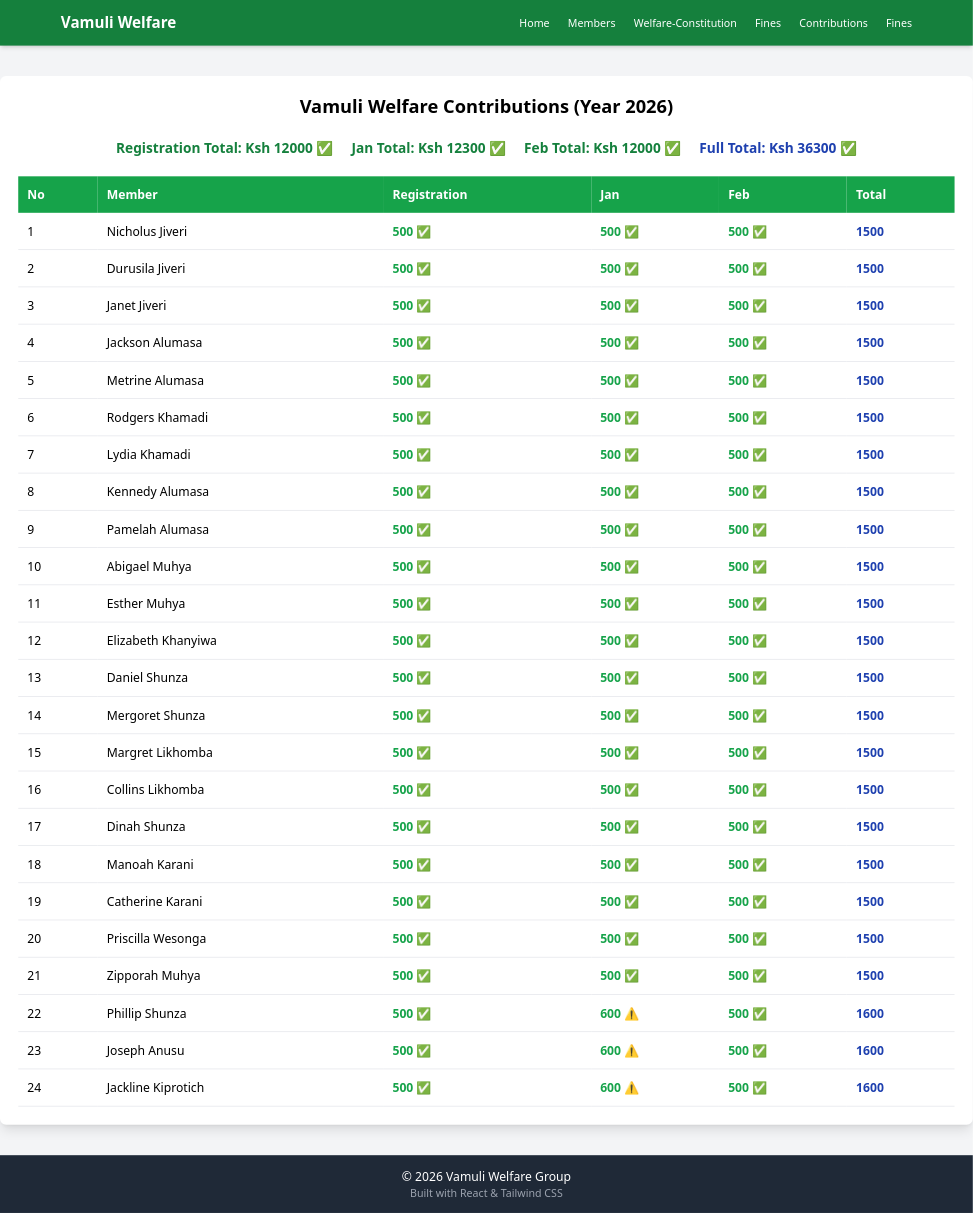
Repository: Engineer-collo/Vamuli-welfare
Page: /contributions
These files come from the project's save history. The page is drawn as it stood at one moment and after the next save; the edit follows.
The browser window is 1280 px wide. The pictures show the whole page, at 76% of full size.
The project was rebuilt for these pictures with package versions that can differ from the ones it lists, and the page was loaded fresh each time. Also part of the build but not shown: vite.config.js, src/pages/Home.jsx, src/pages/Members.jsx, src/pages/FinesTable.jsx, src/pages/WelfareConstituion.jsx.

Above is the page before, as saved 2026-03-16 12:11:16.

### index.html
<!doctype html>
<html lang="en">
  <head>
    <meta charset="UTF-8" />
    <link rel="icon" type="image/svg+xml" href="/favicon.svg" />
    <meta name="viewport" content="width=device-width, initial-scale=1.0" />
    <title>vamuli-welfare</title>
  </head>
  <body>
    <div id="root"></div>
    <script type="module" src="/src/main.jsx"></script>
  </body>
</html>

### src/App.jsx
import { BrowserRouter as Router, Routes, Route } from "react-router-dom";

import Navbar from "./components/Navbar";
import Footer from "./components/Footer";

import Home from "./pages/Home";
import Members from "./pages/Members";
import ContributionsTable from "./pages/ContributionsTable";
import FinesTable from "./pages/FinesTable";
import WelfareConstituion from "./pages/WelfareConstituion";

function App() {
  return (
    <Router>
      <div className="bg-gray-100 min-h-screen">

        <Navbar />

        <Routes>
          <Route path="/" element={<Home />} />
          <Route path="/members" element={<Members />} />
          <Route path="/contributions" element={<ContributionsTable />} />
          <Route path="/fines" element={<FinesTable />} />
          <Route path="/constitution" element={<WelfareConstituion/>} />

        </Routes>

        <Footer />

      </div>
    </Router>
  );
}

export default App;

### src/components/Navbar.jsx
import { Link } from "react-router-dom";

function Navbar() {
  return (
    <nav className="bg-green-700 text-white shadow-md">
      <div className="max-w-6xl mx-auto flex justify-between items-center p-4">

        <h1 className="text-xl font-bold">
          <Link to="/">Vamuli Welfare</Link>
        </h1>

        <ul className="flex gap-6 text-sm">
          <li>
            <Link to="/" className="hover:text-gray-200">Home</Link>
          </li>

          <li>
            <Link to="/members" className="hover:text-gray-200">Members</Link>
          </li>

          <li>
            <Link to="/constitution" className="hover:text-gray-200">Welfare-Constitution</Link>
          </li>

          <li>
            <Link to="/fines" className="hover:text-gray-200">Fines</Link>
          </li>

          <li>
            <Link to="/contributions" className="hover:text-gray-200">Contributions</Link>
          </li>

          <li>
            <Link to="/fines" className="hover:text-gray-200">Fines</Link>
          </li>

        </ul>

      </div>
    </nav>
  );
}

export default Navbar;

### src/components/Footer.jsx
import React from "react";

function Footer() {
  return (
    <footer className="bg-gray-800 text-white mt-10">
      <div className="max-w-6xl mx-auto text-center p-4">
        <p>© 2026 Vamuli Welfare Group</p>
        <p className="text-sm text-gray-400">
          Built with React & Tailwind CSS
        </p>
      </div>
    </footer>
  );
}

export default Footer;

### src/pages/ContributionsTable.jsx
import React from "react";
import contributionsData from "./contributionsData";

const LATE_FINE = 100;

// Extract months dynamically (exclude id, name, role, and PaidDate fields)
const months = Object.keys(contributionsData[0]).filter(
  (key) =>
    !["id", "name", "role"].includes(key) &&
    !key.toLowerCase().includes("paiddate")
);

// Calculate totals per month including fines
const totals = {};
months.forEach((month) => {
  totals[month] = contributionsData.reduce((sum, c) => {
    const paidDateKey = month + "PaidDate";
    let value = c[month] || 0;

    // Add fine only for monthly contributions, registration is never fined
    if (month !== "registration" && c[paidDateKey] && c[paidDateKey] > 5) {
      value += LATE_FINE;
    }

    return sum + value;
  }, 0);
});

// Calculate grand total per member including fines
const contributionsWithTotals = contributionsData.map((c) => {
  const total = months.reduce((sum, month) => {
    let value = c[month] || 0;
    const paidDateKey = month + "PaidDate";

    // Apply fine only for monthly contributions
    if (month !== "registration" && c[paidDateKey] && c[paidDateKey] > 5) {
      value += LATE_FINE;
    }

    return sum + value;
  }, 0);

  return { ...c, total };
});

// Calculate full total for all members
const fullTotal = contributionsWithTotals.reduce((sum, c) => sum + c.total, 0);

function ContributionsTable() {
  return (
    <div className="max-w-7xl mx-auto mt-10 bg-white shadow-lg rounded-lg p-6">
      <h2 className="text-2xl font-bold mb-6 text-center">
        Vamuli Welfare Contributions (Year 2026)
      </h2>

      {/* Totals */}
      <div className="flex flex-wrap justify-center gap-6 mb-6 text-lg font-semibold">
        {months.map((month) => (
          <span key={month} className="text-green-700">
            {month.charAt(0).toUpperCase() + month.slice(1)} Total: Ksh {totals[month]} ✅
          </span>
        ))}
        <span className="text-blue-800 font-bold">Full Total: Ksh {fullTotal} ✅</span>
      </div>

      {/* Table */}
      <table className="w-full border-collapse">
        <thead>
          <tr className="bg-green-600 text-white">
            <th className="p-3 text-left">No</th>
            <th className="p-3 text-left">Member</th>
            {months.map((month) => (
              <th key={month} className="p-3 text-left">
                {month.charAt(0).toUpperCase() + month.slice(1)}
              </th>
            ))}
            <th className="p-3 text-left">Total</th>
          </tr>
        </thead>

        <tbody>
          {contributionsWithTotals.map((c) => (
            <tr key={c.id} className="border-b hover:bg-gray-100 transition">
              <td className="p-3">{c.id}</td>
              <td className="p-3">{c.name}</td>
              {months.map((month) => {
                const paidDateKey = month + "PaidDate";
                let value = c[month] || 0;

                // Apply fine only for monthly contributions
                const late = month !== "registration" && c[paidDateKey] && c[paidDateKey] > 5;
                if (late) value += LATE_FINE;

                return (
                  <td
                    key={month}
                    className={`p-3 font-semibold ${
                      value > 0 ? "text-green-600" : "text-red-600"
                    }`}
                  >
                    {value} {late ? "⚠️" : "✅"}
                  </td>
                );
              })}
              <td className="p-3 font-bold text-blue-800">{c.total}</td>
            </tr>
          ))}
        </tbody>
      </table>
    </div>
  );
}

export default ContributionsTable;

### src/pages/contributionsData.js
const contributions = [
  { id: 1, name: "Nicholus Jiveri", role: "member", registration: 500, jan: 500, feb: 500, janPaidDate: 5, febPaidDate: 5 },
  { id: 2, name: "Durusila Jiveri", role: "member", registration: 500, jan: 500, feb: 500, janPaidDate: 5, febPaidDate: 5 },
  { id: 3, name: "Janet Jiveri", role: "member", registration: 500, jan: 500, feb: 500, janPaidDate: 5, febPaidDate: 5 },
  { id: 4, name: "Jackson Alumasa", role: "member", registration: 500, jan: 500, feb: 500, janPaidDate: 5, febPaidDate: 5 },
  { id: 5, name: "Metrine Alumasa", role: "member", registration: 500, jan: 500, feb: 500, janPaidDate: 5, febPaidDate: 5 },
  { id: 6, name: "Rodgers Khamadi", role: "member", registration: 500, jan: 500, feb: 500, janPaidDate: 5, febPaidDate: 5 },
  { id: 7, name: "Lydia Khamadi", role: "member", registration: 500, jan: 500, feb: 500, janPaidDate: 5, febPaidDate: 5 },
  { id: 8, name: "Kennedy Alumasa", role: "member", registration: 500, jan: 500, feb: 500, janPaidDate: 5, febPaidDate: 5 },
  { id: 9, name: "Pamelah Alumasa", role: "member", registration: 500, jan: 500, feb: 500, janPaidDate: 5, febPaidDate: 5 },
  { id: 10, name: "Abigael Muhya", role: "member", registration: 500, jan: 500, feb: 500, janPaidDate: 5, febPaidDate: 5 },
  { id: 11, name: "Esther Muhya", role: "member", registration: 500, jan: 500, feb: 500, janPaidDate: 5, febPaidDate: 5 },
  { id: 12, name: "Elizabeth Khanyiwa", role: "member", registration: 500, jan: 500, feb: 500, janPaidDate: 5, febPaidDate: 5 },
  { id: 13, name: "Daniel Shunza", role: "secretary", registration: 500, jan: 500, feb: 500, janPaidDate: 5, febPaidDate: 5 },
  { id: 14, name: "Mergoret Shunza", role: "member", registration: 500, jan: 500, feb: 500, janPaidDate: 5, febPaidDate: 5 },
  { id: 15, name: "Margret Likhomba", role: "member", registration: 500, jan: 500, feb: 500, janPaidDate: 5, febPaidDate: 5 },
  { id: 16, name: "Collins Likhomba", role: "coordinator", registration: 500, jan: 500, feb: 500, janPaidDate: 5, febPaidDate: 5 },
  { id: 17, name: "Dinah Shunza", role: "member", registration: 500, jan: 500, feb: 500, janPaidDate: 5, febPaidDate: 5 },
  { id: 18, name: "Manoah Karani", role: "member", registration: 500, jan: 500, feb: 500, janPaidDate: 5, febPaidDate: 5 },
  { id: 19, name: "Catherine Karani", role: "member", registration: 500, jan: 500, feb: 500, janPaidDate: 5, febPaidDate: 5 },
  { id: 20, name: "Priscilla Wesonga", role: "member", registration: 500, jan: 500, feb: 500, janPaidDate: 5, febPaidDate: 5 },
  { id: 21, name: "Zipporah Muhya", role: "member", registration: 500, jan: 500, feb: 500, janPaidDate: 5, febPaidDate: 5 },
  { id: 22, name: "Phillip Shunza", role: "member", registration: 500, jan: 500, feb: 500, janPaidDate: 6, febPaidDate: 5 }, // Jan fine
  { id: 23, name: "Joseph Anusu", role: "member", registration: 500, jan: 500, feb: 500, janPaidDate: 6, febPaidDate: 5 },  // Jan fine
  { id: 24, name: "Jackline Kiprotich", role: "member", registration: 500, jan: 500, feb: 500, janPaidDate: 6, febPaidDate: 5 } // Jan fine
];

export default contributions;

### tailwind.config.js
/** @type {import('tailwindcss').Config} */
module.exports = {
  content: [
    "./index.html",
    "./src/**/*.{js,jsx}"
  ],
  theme: {
    extend: {},
  },
  plugins: [],
};

Loaded but not shown: src/main.jsx (common file); src/index.css (common file)

After the next save:
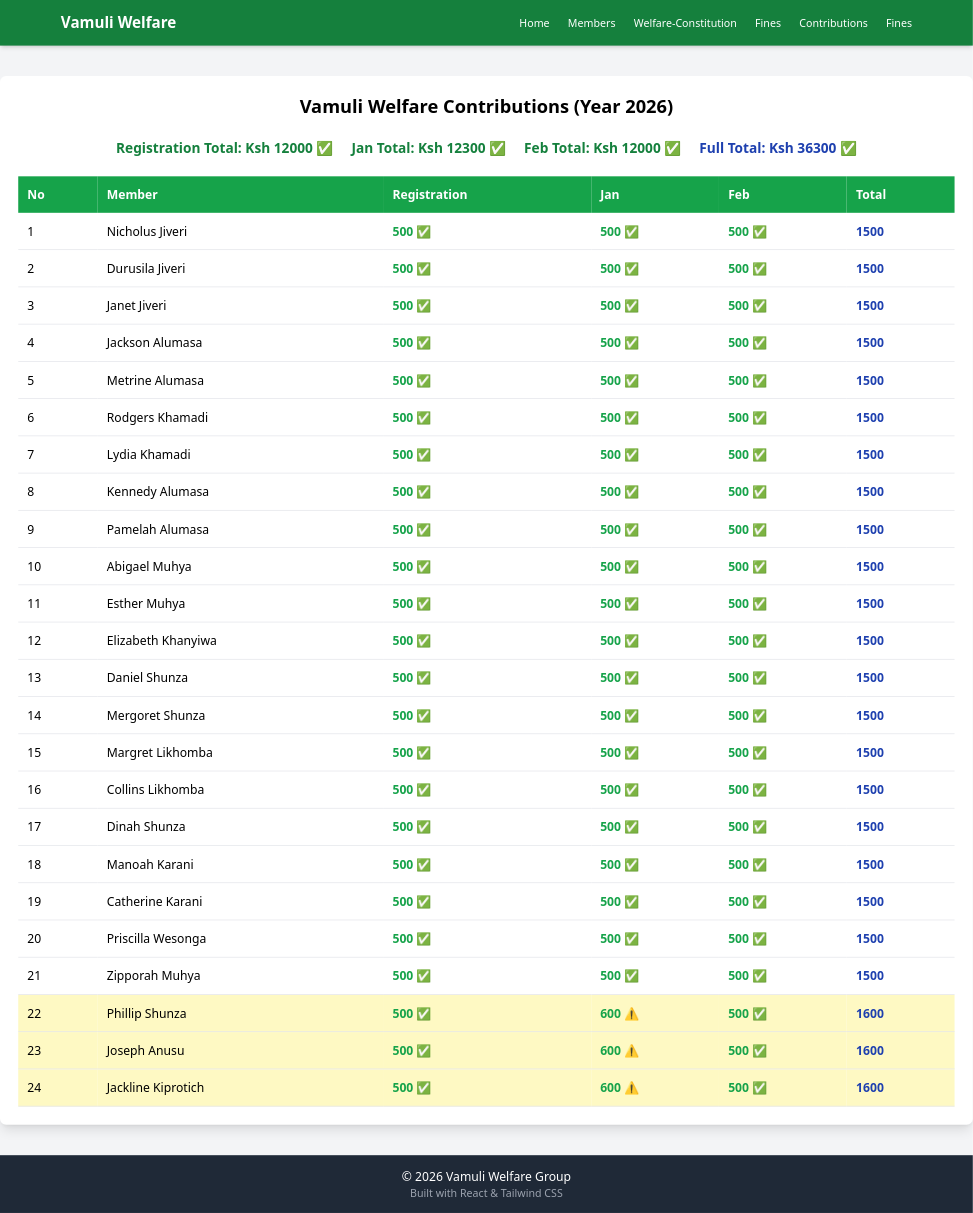
Saved 15 min 5 s later.
--- a/src/pages/ContributionsTable.jsx
+++ b/src/pages/ContributionsTable.jsx
@@ -1,13 +1,13 @@
+// src/ContributionsTable.jsx
 import React from "react";
 import contributionsData from "./contributionsData";
 
 const LATE_FINE = 100;
 
-// Extract months dynamically (exclude id, name, role, and PaidDate fields)
+// Extract months dynamically (all except id, name, role, and PaidDate fields)
 const months = Object.keys(contributionsData[0]).filter(
   (key) =>
-    !["id", "name", "role"].includes(key) &&
-    !key.toLowerCase().includes("paiddate")
+    !["id", "name", "role"].includes(key) && !key.toLowerCase().includes("paiddate")
 );
 
 // Calculate totals per month including fines
@@ -16,12 +16,10 @@ months.forEach((month) => {
   totals[month] = contributionsData.reduce((sum, c) => {
     const paidDateKey = month + "PaidDate";
     let value = c[month] || 0;
-
-    // Add fine only for monthly contributions, registration is never fined
-    if (month !== "registration" && c[paidDateKey] && c[paidDateKey] > 5) {
+    // Apply fine if payment is late (after 5th of the following month)
+    if (c[paidDateKey] && c[paidDateKey] > 5) {
       value += LATE_FINE;
     }
-
     return sum + value;
   }, 0);
 });
@@ -29,21 +27,17 @@ months.forEach((month) => {
 // Calculate grand total per member including fines
 const contributionsWithTotals = contributionsData.map((c) => {
   const total = months.reduce((sum, month) => {
+    const paidDateKey = month + "PaidDate";
     let value = c[month] || 0;
-    const paidDateKey = month + "PaidDate";
-
-    // Apply fine only for monthly contributions
-    if (month !== "registration" && c[paidDateKey] && c[paidDateKey] > 5) {
+    if (c[paidDateKey] && c[paidDateKey] > 5) {
       value += LATE_FINE;
     }
-
     return sum + value;
   }, 0);
-
   return { ...c, total };
 });
 
-// Calculate full total for all members
+// Full total
 const fullTotal = contributionsWithTotals.reduce((sum, c) => sum + c.total, 0);
 
 function ContributionsTable() {
@@ -79,32 +73,43 @@ function ContributionsTable() {
         </thead>
 
         <tbody>
-          {contributionsWithTotals.map((c) => (
-            <tr key={c.id} className="border-b hover:bg-gray-100 transition">
-              <td className="p-3">{c.id}</td>
-              <td className="p-3">{c.name}</td>
-              {months.map((month) => {
-                const paidDateKey = month + "PaidDate";
-                let value = c[month] || 0;
+          {contributionsWithTotals.map((c) => {
+            // Highlight row if any late payment
+            const hasFine = months.some((month) => {
+              const paidDateKey = month + "PaidDate";
+              return c[paidDateKey] && c[paidDateKey] > 5;
+            });
 
-                // Apply fine only for monthly contributions
-                const late = month !== "registration" && c[paidDateKey] && c[paidDateKey] > 5;
-                if (late) value += LATE_FINE;
+            return (
+              <tr
+                key={c.id}
+                className={`border-b hover:bg-gray-100 transition ${
+                  hasFine ? "bg-yellow-100" : ""
+                }`}
+              >
+                <td className="p-3">{c.id}</td>
+                <td className="p-3">{c.name}</td>
+                {months.map((month) => {
+                  const paidDateKey = month + "PaidDate";
+                  let value = c[month] || 0;
+                  const late = c[paidDateKey] && c[paidDateKey] > 5;
+                  if (late) value += LATE_FINE;
 
-                return (
-                  <td
-                    key={month}
-                    className={`p-3 font-semibold ${
-                      value > 0 ? "text-green-600" : "text-red-600"
-                    }`}
-                  >
-                    {value} {late ? "⚠️" : "✅"}
-                  </td>
-                );
-              })}
-              <td className="p-3 font-bold text-blue-800">{c.total}</td>
-            </tr>
-          ))}
+                  return (
+                    <td
+                      key={month}
+                      className={`p-3 font-semibold ${
+                        value > 0 ? "text-green-600" : "text-red-600"
+                      }`}
+                    >
+                      {value} {late ? "⚠️" : "✅"}
+                    </td>
+                  );
+                })}
+                <td className="p-3 font-bold text-blue-800">{c.total}</td>
+              </tr>
+            );
+          })}
         </tbody>
       </table>
     </div>
